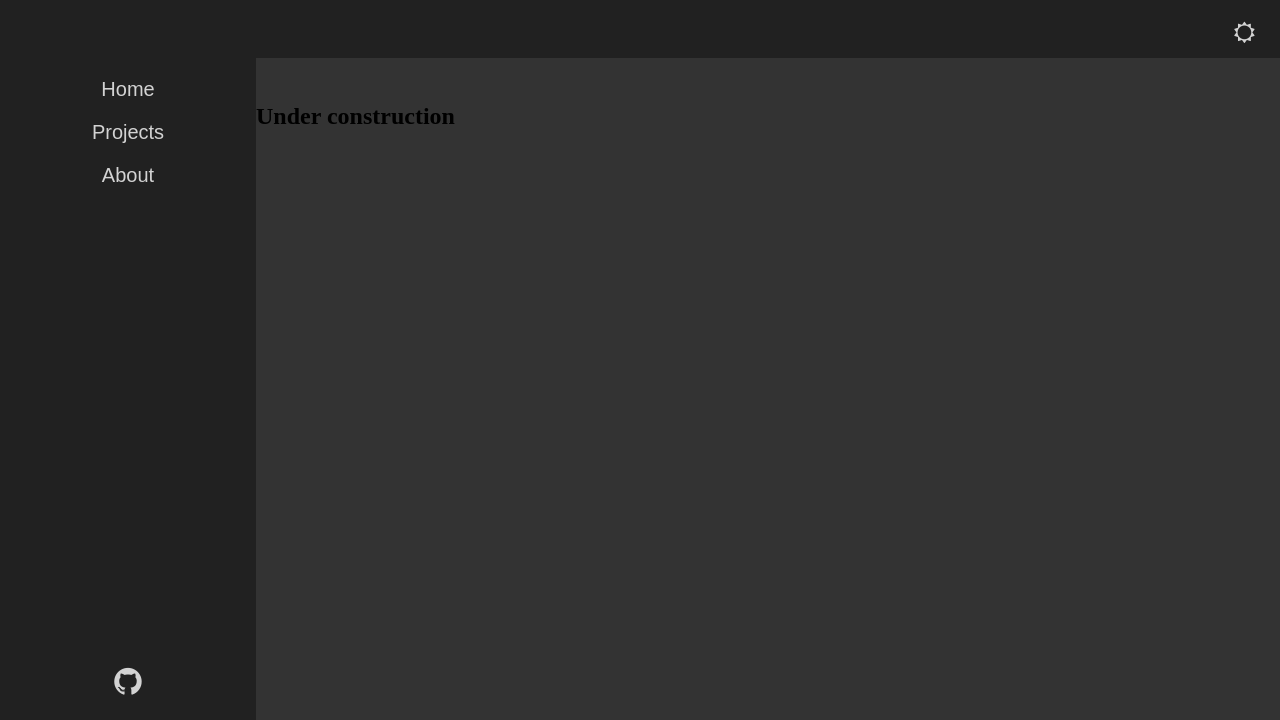
Repository: josephinel6/josephinel6.github.io
Page: index.html
These files come from the project's save history. The page is drawn as it stood at one moment and after the next save; the edit follows.
The browser window is 1280 px wide. The pictures show the whole page.

Above is the page before, as saved 2023-05-25 11:32:17.

After the next save:
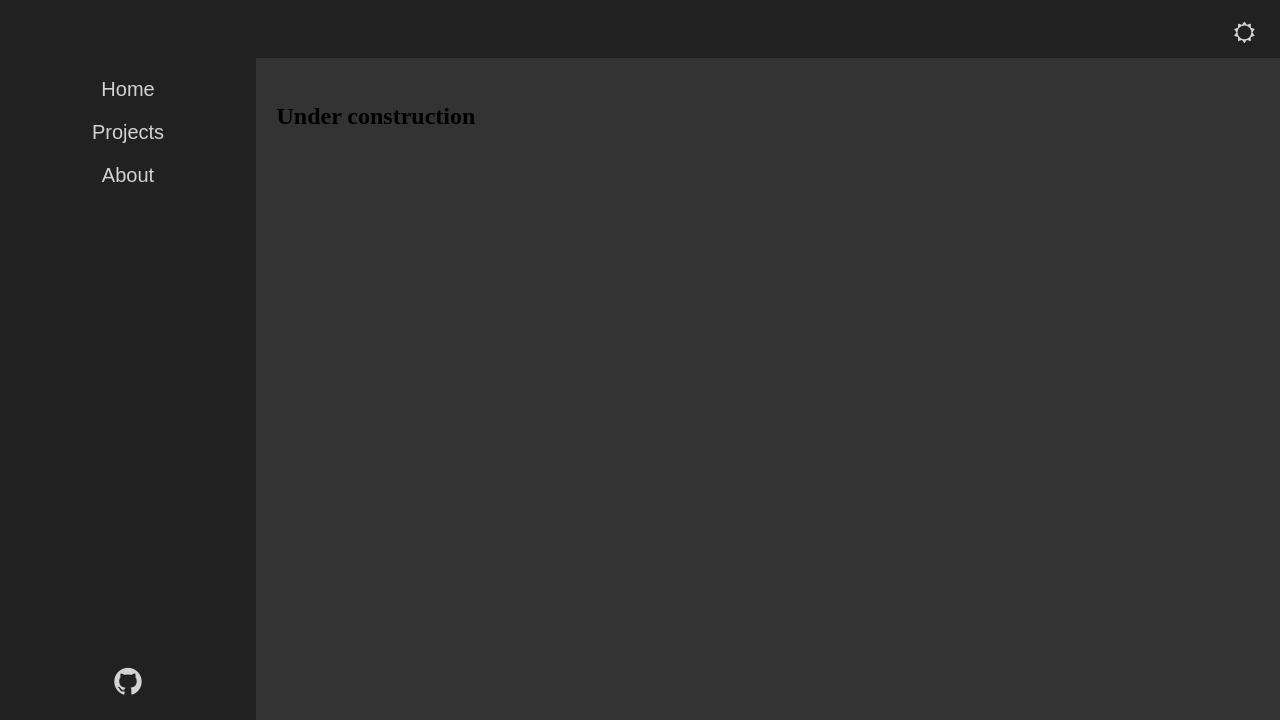
Saved 7 s later.
--- a/index.html
+++ b/index.html
@@ -103,6 +103,8 @@
             /* position: relative; */
             overflow-y: scroll;
             padding-top: 2.5%;
+            padding-left: 2%;
+            padding-right: 2%;
             /* margin-top: 2.5%;
             margin-left: 2.5%; */
         }
